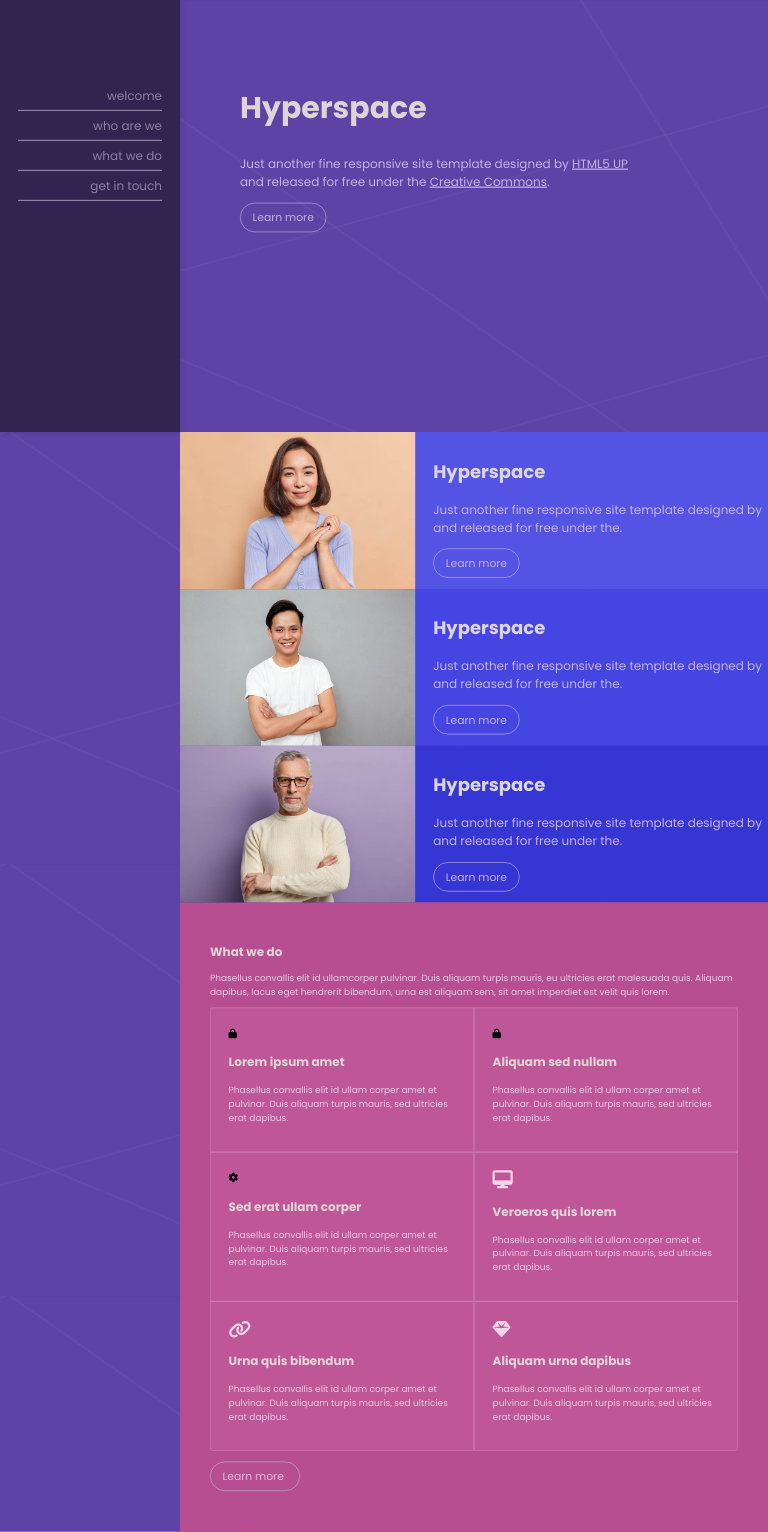
Repository: zai31/KIMIT_Tasks
Page: JsSession8/index.html
These files come from the project's save history. The page is drawn as it stood at one moment and after a run of saves; the edit follows.
The browser window is 1280 px wide. The pictures show the whole page, at 60% of full size.
Backgrounds fixed to the window are drawn as part of the page.

Above is the page before, as saved 2025-09-15 21:22:30.

### JsSession8/index.html
<!DOCTYPE html>
<html lang="en">
<head>
    <meta charset="UTF-8">
    <meta name="viewport" content="width=device-width, initial-scale=1.0">
    <link rel="stylesheet" href="./css/style.css">
	<link href="https://cdnjs.cloudflare.com/ajax/libs/font-awesome/6.5.2/css/all.min.css" rel="stylesheet">

    <title>Responsive</title>
</head>

<body>
    <section  class="flex-section">
        <div class="menu">
        <ul>
            <li><a href="#">welcome</a></li>
            <li><a href="#">who are we</a></li>
            <li><a href="#">what we do</a></li>
            <li><a href="#">get in touch</a></li>
        </ul>
</div>
<div class="section">
    <div class="content">
      <div class="intro">
							<h1>Hyperspace</h1>
							<p>Just another fine responsive site template designed by <a href="https://html5up.net">HTML5 UP</a><br>
							and released for free under the <a href="https://html5up.net/license">Creative Commons</a>.</p>
							<button>Learn more</button>

						</div>
    <div class="overview">
        <div class="s" style="background-color: rgb(83, 83, 228);">
           <img src="./images/1.jpg" alt="">

							<div ><h1>Hyperspace</h1>
                                <p>Just another fine responsive site template designed by
							and released for free under the.</p>
							<button>Learn more</button></div>
        </div>
        <div class="s" style="background-color: rgb(69, 69, 226);">
            <img src="./images/2.jpg" alt="">
							<div >
                                           	<h1>Hyperspace</h1>
<p>Just another fine responsive site template designed by
							and released for free under the.</p>
							<button>Learn more</button></div>
        </div>
        <div class="s" style="background-color: rgb(54, 54, 213);">
            <img src="./images/3.jpg" alt="">
							<div >
                                           	<h1>Hyperspace</h1>
<p>Just another fine responsive site template designed by
							and released for free under the.</p>
							<button>Learn more</button></div>
        </div>
    <div class="what">
							<h2>What we do</h2>
							<p>Phasellus convallis elit id ullamcorper pulvinar. Duis aliquam turpis mauris, eu ultricies erat malesuada quis. Aliquam dapibus, lacus eget hendrerit bibendum, urna est aliquam sem, sit amet imperdiet est velit quis lorem.</p>
							<div class="features">
								<section style="border-radius:5px 0px 0px 0 ;">
									<span  class="fa-solid fa-lock"></span>
									<h3>Lorem ipsum amet</h3>
									<p>Phasellus convallis elit id ullam corper amet et pulvinar. Duis aliquam turpis mauris, sed ultricies erat dapibus.</p>
								</section>
								<section style="border-radius:0 5px 0px 0 ;">
									<span class="fa-solid fa-lock"></span>
									<h3>Aliquam sed nullam</h3>
									<p>Phasellus convallis elit id ullam corper amet et pulvinar. Duis aliquam turpis mauris, sed ultricies erat dapibus.</p>
								</section>
								<section>
									<span class="fa-solid  fa-cog"></span>
									<h3>Sed erat ullam corper</h3>
									<p>Phasellus convallis elit id ullam corper amet et pulvinar. Duis aliquam turpis mauris, sed ultricies erat dapibus.</p>
								</section>
								<section>
									<span style="color: rgba(255, 255, 255, 0.759); font-size: 30px;" class="fa-solid fa-desktop"></span>
									<h3>Veroeros quis lorem</h3>
									<p>Phasellus convallis elit id ullam corper amet et pulvinar. Duis aliquam turpis mauris, sed ultricies erat dapibus.</p>
								</section>
								<section style="border-radius:0 0px 0px 5px  ;">
									<span class="fa-solid fa-link" style="color: rgba(255, 255, 255, 0.759); font-size: 30px;"></span>
									<h3>Urna quis bibendum</h3>
									<p>Phasellus convallis elit id ullam corper amet et pulvinar. Duis aliquam turpis mauris, sed ultricies erat dapibus.</p>
								</section>
								<section style="border-radius:0 0px 5px 0 ;">
									<span class="fa-solid fa-gem" style="color: rgba(255, 255, 255, 0.759); font-size: 30px;" ></span>
									<h3>Aliquam urna dapibus</h3>
									<p>Phasellus convallis elit id ullam corper amet et pulvinar. Duis aliquam turpis mauris, sed ultricies erat dapibus.</p>
								</section>
							</div>
							<ul class="actions">
								<li style="list-style: none;"><a href="generic.html" class="button" style="text-decoration: none; color: thistle;">Learn more</a></li>
							</ul>

    </div>
                        </div>
                        </div>
                    </section>
</body>
</html>

### JsSession8/CSS/style.css
@import url("https://fonts.googleapis.com/css2?family=Poppins:ital,wght@0,100;0,200;0,300;0,400;0,500;0,600;0,700;0,800;0,900;1,100;1,200;1,300;1,400;1,500;1,600;1,700;1,800;1,900&display=swap");

* {
    box-sizing: border-box;
    font-family: "Poppins", sans-serif;
}

:root {
    --sidebar-color: #312450;
    --primary-color: #5e42a6;
    --secondary-color: #b74e91;
    --section-bg-color: #c7b2dc;
    --dark-color: #000000;
    --navbar-bg-color: #273053;
    --p-color: #717275;
    --highlight-icon-color: #ff0100;
    --main-transition: 0.5s all ease-in-out;
}


html,
body {
    height: 100%;
    margin: 0;
    padding: 0;
}

.flex-section {
    display: flex;
    flex-direction: row;

}

/*side bar*/
.flex-section .menu {
    min-height: 100vh;
    /* ensures sidebar spans at least the full screen */
    height: auto;
    /* lets it grow with content */
    width: 300px;
    top: 0;
    left: 0;
    position: fixed;
    background-color: var(--sidebar-color);
    padding: 145px 30px;
    box-shadow: 0 0 10px rgba(0, 0, 0, 0.1);
}

.flex-section .menu ul {
    list-style: none;
    padding: 0;
    margin: 0;
    text-align: right;
}

.flex-section .menu ul li {
    margin-bottom: 10px;
    font-size: 20px;
    position: relative;
    /* needed for ::after positioning */
    padding-bottom: 10px;
}

.flex-section .menu ul li a {
    text-decoration: none;
    color: #8b82a1;

}

.flex-section .menu ul li::after {
    content: "";
    position: absolute;
    left: 0;
    bottom: 0;
    width: 100%;
    /* stick to the bottom */
    height: 2px;
    background-color: #8b82a1;
    /* thickness of underline */
    transition: width 0.3s ease;
}

/*use js*/
.flex-section .menu ul li a:hover::after {
    width: 100%;
    /* expand underline on hover */
}


.flex-section .menu ul li a:hover {
    color: #b5b8bf;
}

.flex-section .menu ul li a:active {
    color: #5e42a6;
}

.flex-section .menu ul li a:active::after {
    background: linear-gradient(to right, #4b0082, #8b00ff, #981196);
}






/*content first section */
.flex-section .section {
    flex: 1;
    background-color: var(--section-bg-color);
    background-attachment: fixed;
    background-image: url("../assets/css/images/Screenshot\ 2025-09-15\ 075920.png");
    background-position: top right;
    background-repeat: no-repeat;
    background-size: 100% 100%;
    padding-left: 300px;
}

.flex-section .section .content {
    display: flex;
    flex-direction: column;
    width: 100%;
}

.flex-section .section .content .intro {
    padding: 100px;
    width: 100%;
    height: 100vh;
}

.flex-section .section .content .intro h1 {
    color: rgb(221, 213, 213);
    font-size: 50px;
}

.flex-section .section .content .intro p,
.flex-section .section .content .intro a {
    color: var(--section-bg-color);
    font-size: 20px;
}

.flex-section .section .content .intro a:hover {
    color: #fefefe;
    text-decoration: none;
}

.flex-section .section .content .intro button {
    color: var(--section-bg-color);
    background-color: transparent;
    border: 1px solid var(--section-bg-color);
    padding: 10px 20px;
    border-radius: 25px;
    cursor: pointer;
    text-decoration: none;
    font-size: 18px;
}

.flex-section .section .content .intro button:hover {
    background-color: #6f54b6;
}




/*content second section */

.flex-section .section .content .overview .s {
    display: flex;
    flex-direction: row;
    align-items: center;
    gap: 30px;
}

.flex-section .section .content .overview .s h1 {
    color: rgb(221, 213, 213);
    font-size: 30px;
}

.flex-section .section .content .overview .s p {
    color: var(--section-bg-color);
    font-size: 20px;
}

.flex-section .section .content .overview .s button {
    color: var(--section-bg-color);
    background-color: transparent;
    border: 1px solid var(--section-bg-color);
    padding: 10px 20px;
    border-radius: 25px;
    cursor: pointer;
    text-decoration: none;
    font-size: 18px;
}

.flex-section .section .content .overview .s button:hover {
    background-color: rgb(77, 77, 246);
}

.flex-section .section .content .overview .s img {
    width: 40%;
}

/*what section*/

.flex-section .section .content .what {
    padding: 50px;
    width: 100%;
    background-color: var(--secondary-color);
}

.flex-section .section .content .what h3,
.flex-section .section .content .what h2 {
    color: rgb(221, 213, 213);
    font-size: 20px;
}
.flex-section .section .content .what p {
    color: #e0cee1;
    font-size: 15px;
}

.flex-section .section .content .what .features{
    display: flex;
    flex-direction: row;
    flex-wrap: wrap;
    background-color: #be5698;


}
.flex-section .section .content .what .features section {
 flex: 1 1 50%;     /* grow/shrink, ~half width with gap */
 border: 0.5px solid rgba(255, 255, 255, 0.248);
 box-sizing: border-box;
 padding: 30px;

}
.flex-section .section .content .what .actions {
   color: var(--section-bg-color);
    background-color: transparent;
    border: 1px solid var(--section-bg-color);
    padding: 10px 20px;
    border-radius: 25px;
    cursor: pointer;
    text-decoration: none;
    font-size: 18px;
    width: 150px;
}

.flex-section .section .content .what .actions:hover {
    background-color: rgb(212, 107, 177);
}

After the next 2 saves:
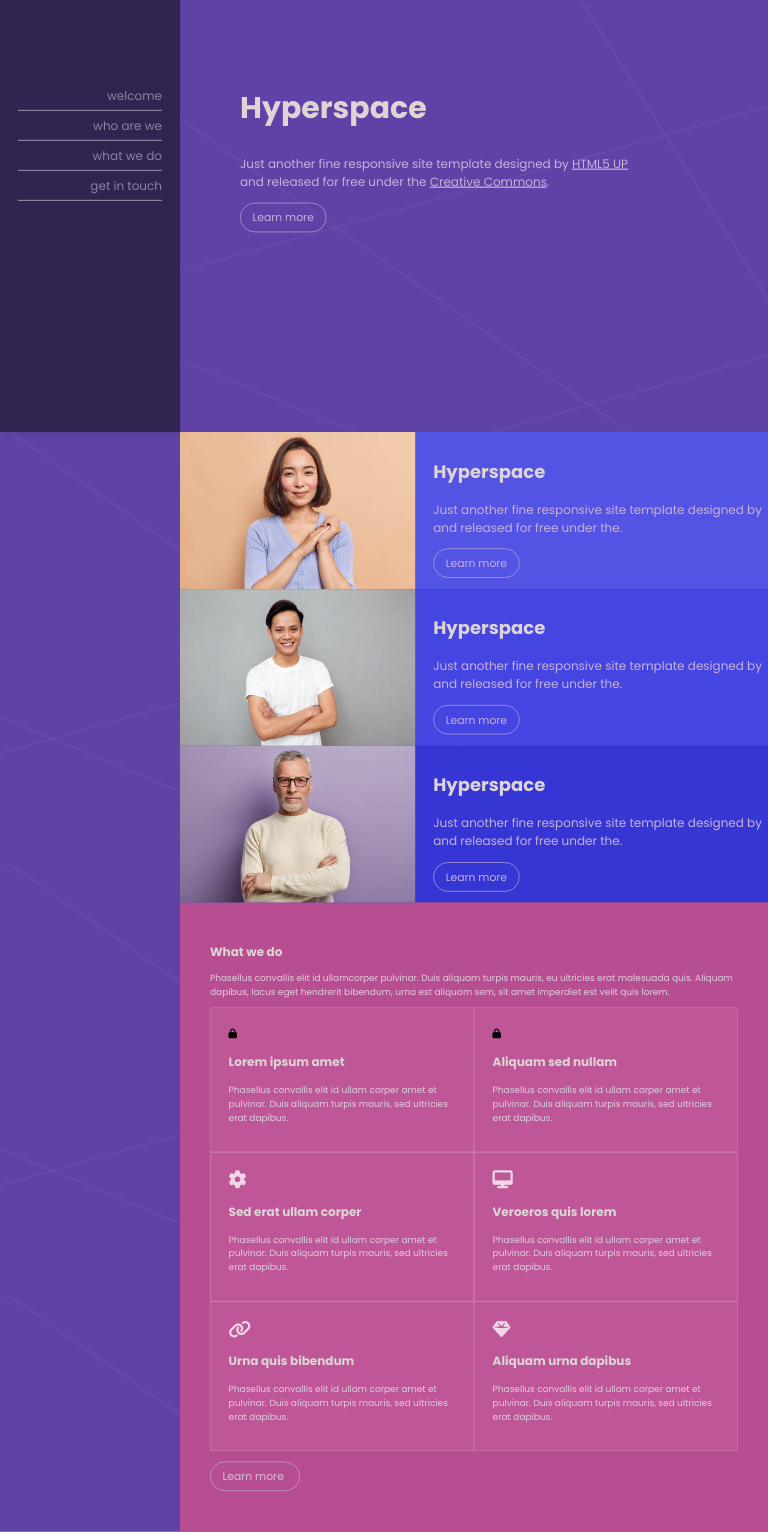
The 2 saves are shown as one change because they came seconds apart.
The last was saved 5 s later.
--- a/JsSession8/index.html
+++ b/JsSession8/index.html
@@ -68,7 +68,7 @@
 									<p>Phasellus convallis elit id ullam corper amet et pulvinar. Duis aliquam turpis mauris, sed ultricies erat dapibus.</p>
 								</section>
 								<section>
-									<span class="fa-solid  fa-cog"></span>
+									<span style="color: rgba(255, 255, 255, 0.759); font-size: 30px;" class="fa-solid  fa-cog"></span>
 									<h3>Sed erat ullam corper</h3>
 									<p>Phasellus convallis elit id ullam corper amet et pulvinar. Duis aliquam turpis mauris, sed ultricies erat dapibus.</p>
 								</section>
